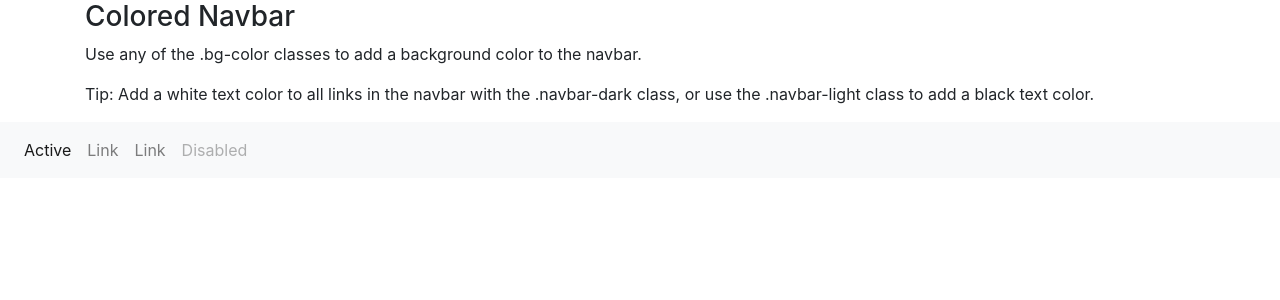
Repository: kimhaengun/Jsp-Blog
Page: http://localhost/blog/board/list.jsp
The author's editor kept a copy of each file at every save. The page is drawn from the files as they stood at one save, then again after the next save.
The browser window is 1280 px wide. The pictures show the whole page.
The page is served by Tomcat 9. Nobody is signed in. The application's start-up code is not run. Other server files are loaded and not shown.

Above is the page before, as saved 2021-01-04 00:46:21.

### blog/WebContent/board/list.jsp
<%@ page language="java" contentType="text/html; charset=UTF-8"
    pageEncoding="UTF-8"%>
<!DOCTYPE html>
<html lang="en">
<head>
  <title>Bootstrap Example</title>
  <meta charset="utf-8">
  <meta name="viewport" content="width=device-width, initial-scale=1">
  <link rel="stylesheet" href="https://maxcdn.bootstrapcdn.com/bootstrap/4.5.2/css/bootstrap.min.css">
  <script src="https://ajax.googleapis.com/ajax/libs/jquery/3.5.1/jquery.min.js"></script>
  <script src="https://cdnjs.cloudflare.com/ajax/libs/popper.js/1.16.0/umd/popper.min.js"></script>
  <script src="https://maxcdn.bootstrapcdn.com/bootstrap/4.5.2/js/bootstrap.min.js"></script>
</head>
<body>

<div class="container">
  <h3>Colored Navbar</h3>
  <p>Use any of the .bg-color classes to add a background color to the navbar.</p>
  <p>Tip: Add a white text color to all links in the navbar with the .navbar-dark class, or use the .navbar-light class to add a black text color.</p>
</div>

<nav class="navbar navbar-expand-sm bg-light navbar-light">
  <ul class="navbar-nav">
    <li class="nav-item active">
      <a class="nav-link" href="#">Active</a>
    </li>
    <li class="nav-item">
      <a class="nav-link" href="#">Link</a>
    </li>
    <li class="nav-item">
      <a class="nav-link" href="#">Link</a>
    </li>
    <li class="nav-item">
      <a class="nav-link disabled" href="#">Disabled</a>
    </li>
  </ul>
</nav>


</body>
</html>

After the next save:
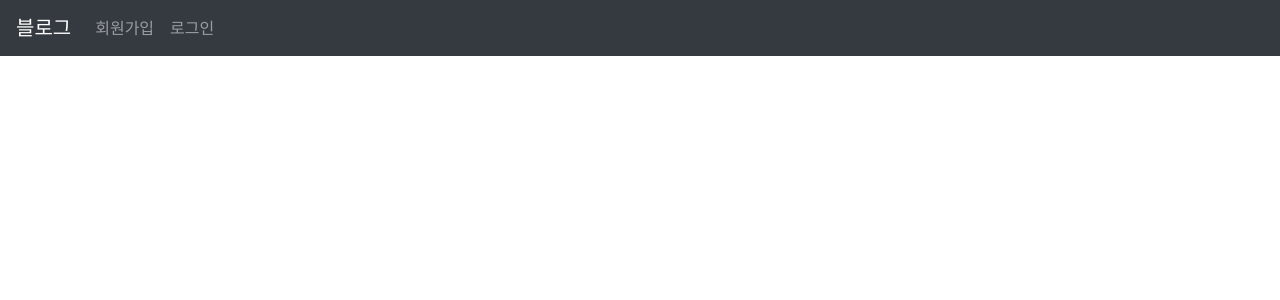
Saved 21 min 7 s later.
--- a/blog/WebContent/board/list.jsp
+++ b/blog/WebContent/board/list.jsp
@@ -3,7 +3,7 @@
 <!DOCTYPE html>
 <html lang="en">
 <head>
-  <title>Bootstrap Example</title>
+  <title>Cos 블로그</title>
   <meta charset="utf-8">
   <meta name="viewport" content="width=device-width, initial-scale=1">
   <link rel="stylesheet" href="https://maxcdn.bootstrapcdn.com/bootstrap/4.5.2/css/bootstrap.min.css">
@@ -13,29 +13,20 @@
 </head>
 <body>
 
-<div class="container">
-  <h3>Colored Navbar</h3>
-  <p>Use any of the .bg-color classes to add a background color to the navbar.</p>
-  <p>Tip: Add a white text color to all links in the navbar with the .navbar-dark class, or use the .navbar-light class to add a black text color.</p>
-</div>
-
-<nav class="navbar navbar-expand-sm bg-light navbar-light">
-  <ul class="navbar-nav">
-    <li class="nav-item active">
-      <a class="nav-link" href="#">Active</a>
-    </li>
-    <li class="nav-item">
-      <a class="nav-link" href="#">Link</a>
-    </li>
-    <li class="nav-item">
-      <a class="nav-link" href="#">Link</a>
-    </li>
-    <li class="nav-item">
-      <a class="nav-link disabled" href="#">Disabled</a>
-    </li>
-  </ul>
+<nav class="navbar navbar-expand-md bg-dark navbar-dark">
+  <a class="navbar-brand" href="#">블로그</a>
+  <button class="navbar-toggler" type="button" data-toggle="collapse" data-target="#collapsibleNavbar">
+    <span class="navbar-toggler-icon"></span>
+  </button>
+  <div class="collapse navbar-collapse" id="collapsibleNavbar">
+    <ul class="navbar-nav">
+      <li class="nav-item">
+        <a class="nav-link" href="#">회원가입</a>
+      </li>
+      <li class="nav-item">
+        <a class="nav-link" href="#">로그인</a>
+      </li>
+    </ul>
+  </div>
 </nav>
-
-
-</body>
-</html>
+<br>
